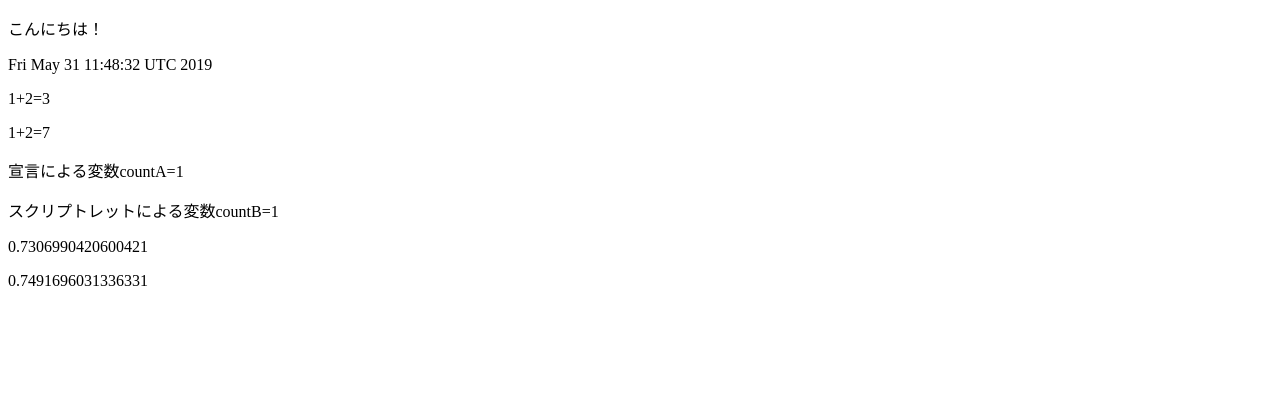
Repository: KanetaniK/test
Page: http://localhost/HelloJSP/
The author's editor kept a copy of each file at every save. The page is drawn from the files as they stood at one save, then again after the next save.
The browser window is 1280 px wide. The pictures show the whole page.
The page is served by Tomcat 9.

Above is the page before, as saved 2019-05-31 12:25:23.

### HelloJSP/WebContent/index.jsp
<%@ page language="java" contentType="text/html; charset=UTF-8"
    pageEncoding="UTF-8"%>
<!DOCTYPE html>
<html>
<head>
<meta charset=UTF-8">
<title>TEST</title>
</head>
<body>
<p>こんにちは！</p>
<% out.println(new java.util.Date()); %>
<%!
static int add(int a, int b){
	return a+b;
}
%>

<p>1+2=<%=add(1,2) %></p>
<p>1+2=<%=add(3,4) %></p>

<%! int countA = 0; %>
<%
int countB = 0;
countA++;
countB++;
%>

<p>宣言による変数countA=<%=countA %></p>
<p>スクリプトレットによる変数countB=<%=countB %></p>

<p><% out.println(Math.random()); %></p>
<p><%=Math.random() %>
</body>
</html>

After the next save:
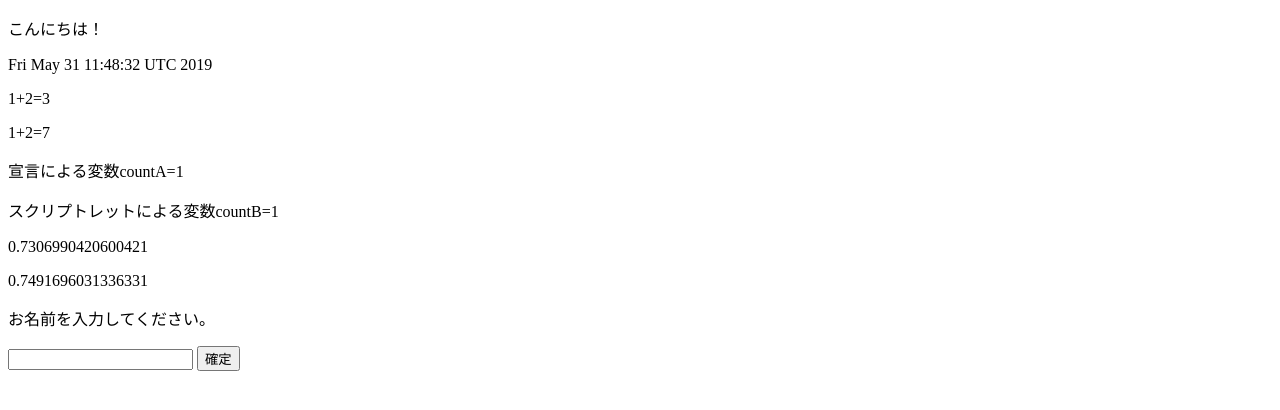
Saved 4 s later.
--- a/HelloJSP/WebContent/index.jsp
+++ b/HelloJSP/WebContent/index.jsp
@@ -30,5 +30,11 @@ countB++;
 
 <p><% out.println(Math.random()); %></p>
 <p><%=Math.random() %>
+
+<p>お名前を入力してください。</p>
+<form method="post" action="greeing-out.jsp">
+<input type="text" name="user">
+<input type="submit" value="確定">
+</form>
 </body>
 </html>
